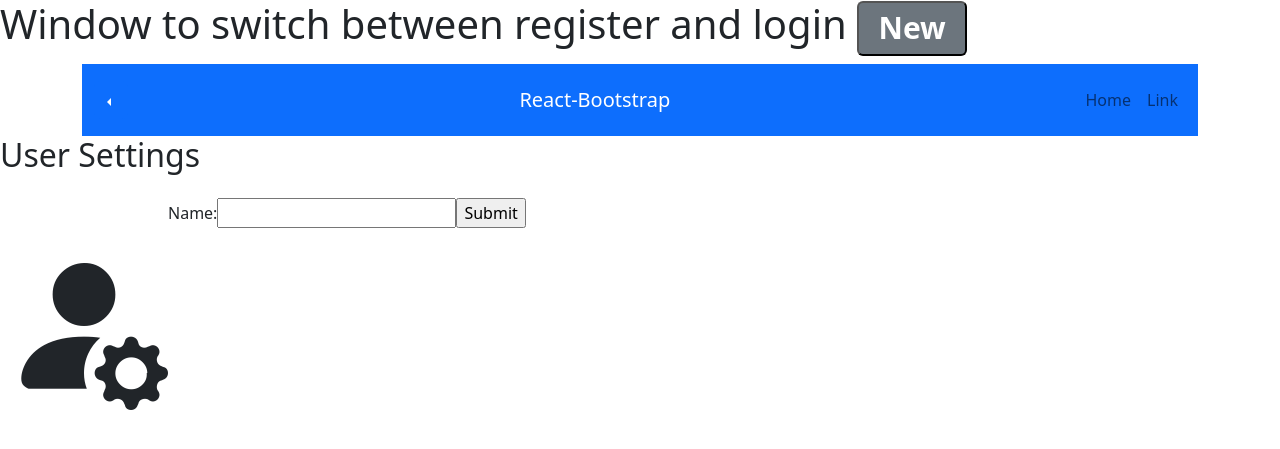
Repository: christenis98/RealWorldApp
Page: / (app in bank-frontend/)
These files come from the project's save history. The page is drawn as it stood at one moment and after the next save; the edit follows.
The browser window is 1280 px wide. The pictures show the whole page.
The project was rebuilt for these pictures with package versions that can differ from the ones it lists, and the page was loaded fresh each time. Also part of the build but not shown: bank-frontend/src/App.css.

Above is the page before, as saved 2022-11-24 12:30:42.

After the next save:
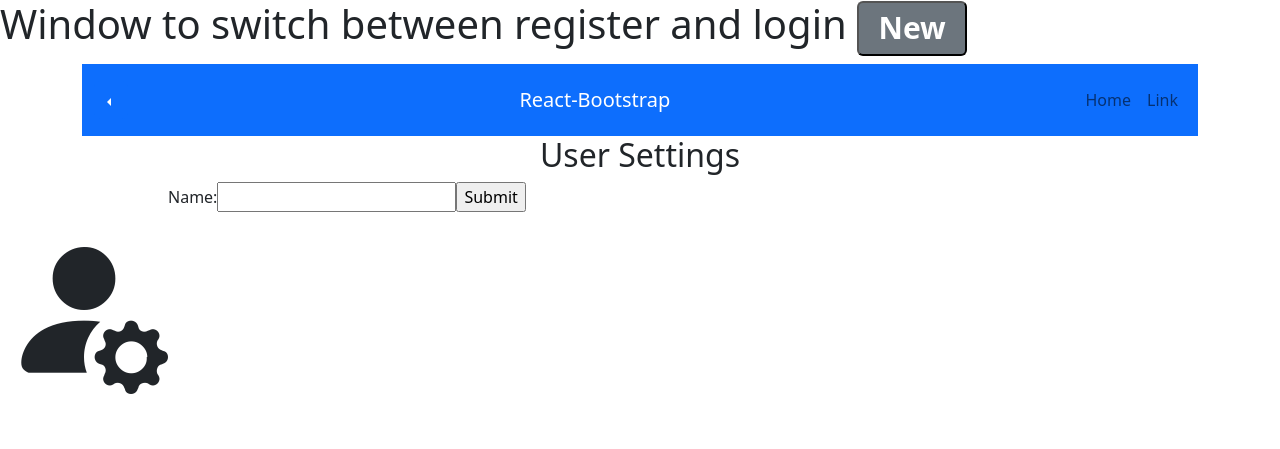
Saved 104 s later.
--- a/bank-frontend/src/js/UserSettings.jsx
+++ b/bank-frontend/src/js/UserSettings.jsx
@@ -2,8 +2,8 @@ import React from 'react'
 
 function UserSettings() {
     return (
-        <div className="d-flex flex-column bd-highlight mb-3 ml-4">
-            <div className="d-flex flex-row bd-highlight mb-3">
+        <div className="d-flex flex-column bd-highlight ml-4 mb-3 ">
+            <div className="d-flex flex-row bd-highlight mx-auto ">
                 <h2>User Settings</h2>
             </div>
 
